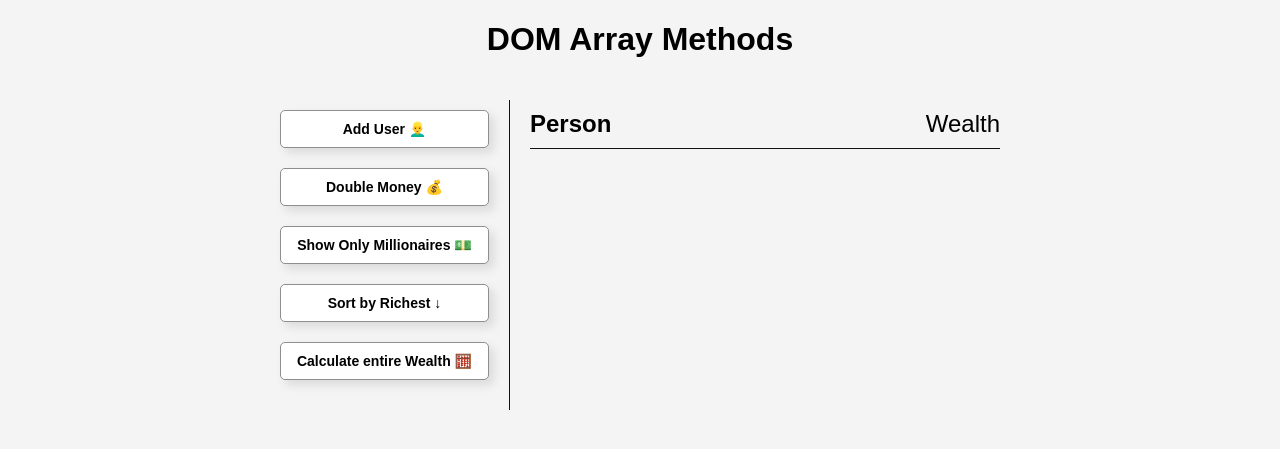
Repository: Youvelop/DOMArrayMethods
Page: index.html
These files come from the project's save history. The page is drawn as it stood at one moment and after the next save; the edit follows.
The browser window is 1280 px wide. The pictures show the whole page.
The page's requests for data from a server got no answer.

Above is the page before, as saved 2020-07-01 14:34:42.

After the next save:
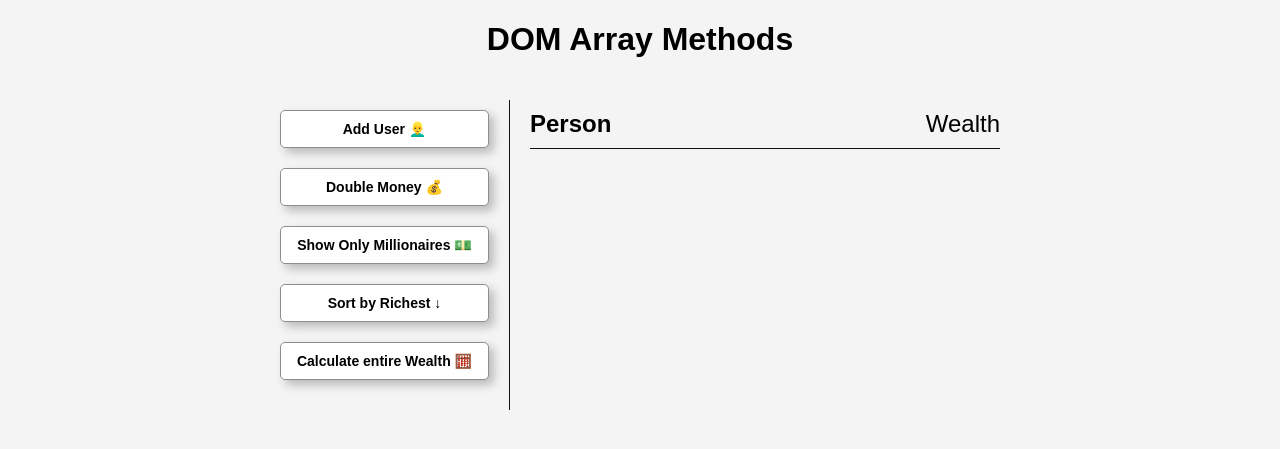
Saved 13 s later.
--- a/style.css
+++ b/style.css
@@ -28,7 +28,7 @@ button {
   cursor: pointer;
   background-color: #fff;
   border: solid 1px rgb(142, 142, 142);
-  box-shadow: 5px 5px 10px #dcdada;
+  box-shadow: 5px 5px 10px #bbbaba;
   border-radius: 5px;
   display: block;
   width: 100%;
